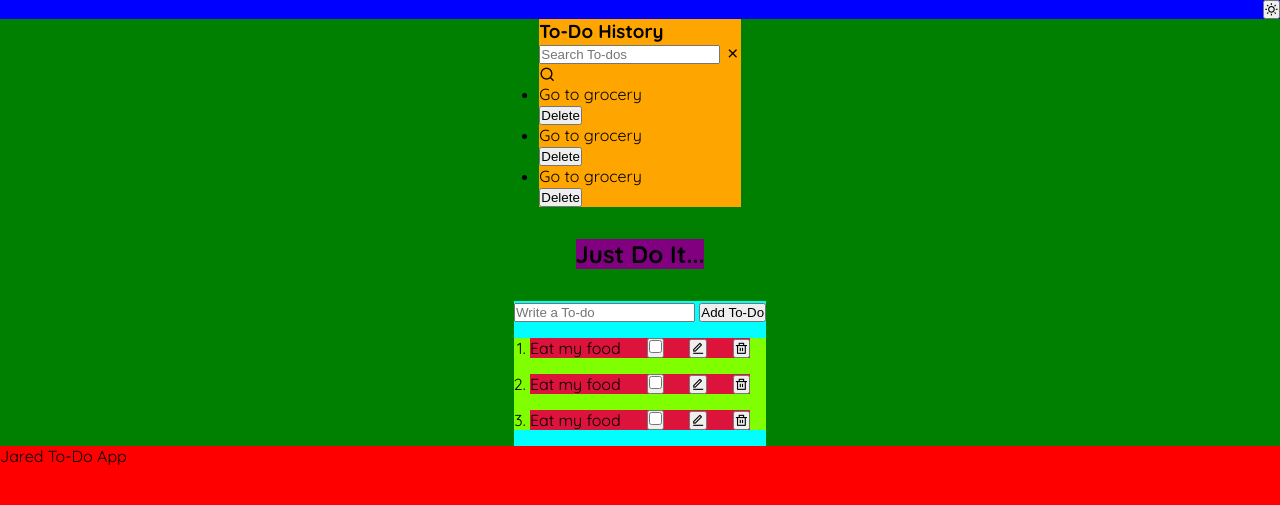
Repository: EguJaredoBoyd/Jared-ToDo-App
Page: main.html
An editor plug-in stored every save of this project. The page is shown before and after the next save, followed by the edit.
The browser window is 1280 px wide. The pictures show the whole page.
Some web libraries are served in a nearby version.

Above is the page before, as saved 2025-12-23 17:08:17.
Not found: js/to-do.j

### main.html
<!DOCTYPE html>
<html lang="en">
  <head>
    <meta charset="UTF-8" />
    <meta name="viewport" content="width=device-width, initial-scale=1.0" />
    <title>Document</title>
    <link
      href="https://cdn.jsdelivr.net/npm/remixicon@4.7.0/fonts/remixicon.css"
      rel="stylesheet"
    />
    <link rel="preconnect" href="https://fonts.googleapis.com" />
    <link rel="preconnect" href="https://fonts.gstatic.com" crossorigin />
    <link
      href="https://fonts.googleapis.com/css2?family=Quicksand:wght@300..700&display=swap"
      rel="stylesheet"
    />
    <link rel="stylesheet" href="./css/main.css" />
    <script src="./js/to-do.j" defer></script>
  </head>

  <body>
    <div class="body__todo-wrapper">
      <header>
        <button><i class="ri-sun-line"></i></button>
      </header>

      <main>
        <section class="todo-history">
          <div>
            <h3>To-Do History</h3>
          </div>
          <div>
            <div>
              <input type="text" placeholder="Search To-dos " />
              <i class="ri-close-line"></i>
            </div>
            <i class="ri-search-line"></i>
          </div>
          <div>
            <ul>
              <div>
                <li>Go to grocery</li>
                <button>Delete</button>
              </div>
              <div>
                <li>Go to grocery</li>
                <button>Delete</button>
              </div>
              <div>
                <li>Go to grocery</li>
                <button>Delete</button>
              </div>
            </ul>
          </div>
        </section>

        <section class="todo-title">
          <div>
            <h2>Just Do It...</h2>
          </div>
        </section>

        <section class="todo-add-task">
          <div class="To-Do">
            <input type="text" id="to-do" placeholder="Write a To-do" />
            <button id="add-task">Add To-Do</button>

            <ol id="task-show" class="task-list">
              <div class="ol__list">
                <li>Eat my food</li>
                <button>
                  <input type="checkbox" name="checkbox" id="checkbox" />
                </button>
                <button><i class="ri-edit-line"></i></button>
                <button><i class="ri-delete-bin-line"></i></button>
              </div>
              <div class="ol__list">
                <li>Eat my food</li>
                <button>
                  <input type="checkbox" name="checkbox" id="checkbox" />
                </button>
                <button><i class="ri-edit-line"></i></button>
                <button><i class="ri-delete-bin-line"></i></button>
              </div>
              <div class="ol__list">
                <li>Eat my food</li>
                <button>
                  <input type="checkbox" name="checkbox" id="checkbox" />
                </button>
                <button><i class="ri-edit-line"></i></button>
                <button><i class="ri-delete-bin-line"></i></button>
              </div>
            </ol>
          </div>
        </section>
      </main>

      <footer>
        <div>Jared To-Do App</div>
      </footer>
    </div>
  </body>
</html>

### css/main.css
*,
*::before,
*::after {
  box-sizing: border-box;
  margin: 0;
  padding: 0;
}

:root {
  /* My project colours to use */
  --primary-color: #21295c;
  --secondary-color: #ffffff;

  /* My font size to use */
  --font-base: 16px;

  /* My spaces to use */
}

html {
  font-size: var(--font-base);
}

body {
  font-family: "Quicksand", sans-serif;
  background-color: red;
  max-width: 100vw;
  max-height: 100vh;
}

.body__todo-wrapper header {
  display: flex;
  justify-content: end;
  align-items: center;
  background-color: blue;
}

main {
  display: flex;
  flex-direction: column;
  justify-content: center;
  align-items: center;
  background-color: green;
  gap: 2rem;
  width: 100vw;
}

.todo-history {
  max-width: 100vw;
  background-color: orange;
}

.todo-title {
  background-color: purple;
}

.todo-add-task {
  background-color: aqua;
  max-width: 100vw;
}

.task-list {
  background-color: chartreuse;
}

.ol__list {
  display: flex;
  justify-content: space-between;
  align-items: center;
  margin: 1rem;
  background-color: crimson;
}

After the next save:
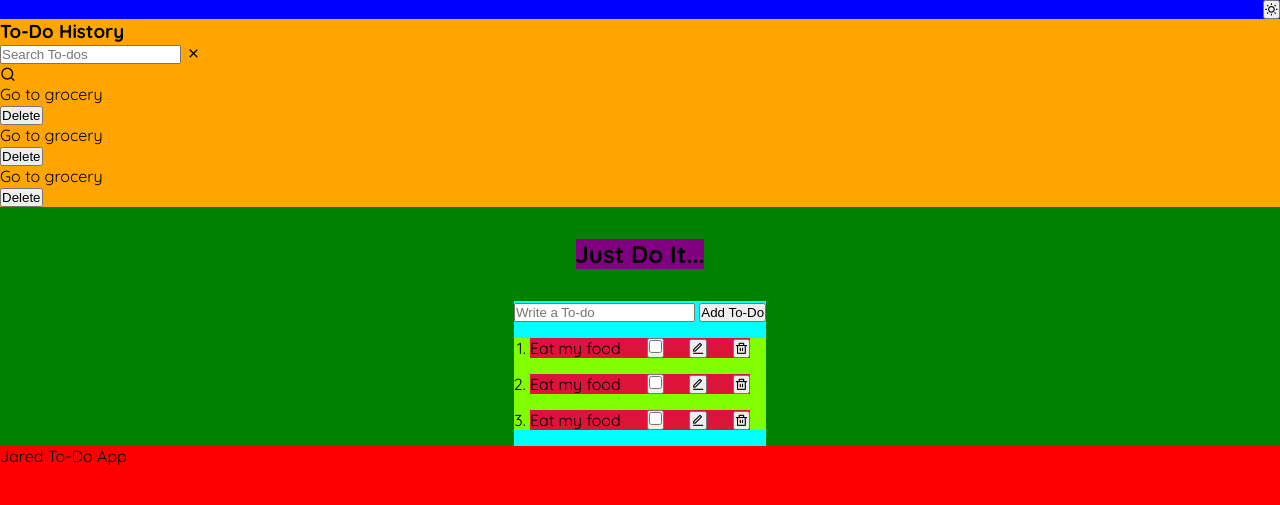
Saved 17 s later.
--- a/css/main.css
+++ b/css/main.css
@@ -46,7 +46,7 @@
 }
 
 .todo-history {
-  max-width: 100vw;
+  width: 100vw;
   background-color: orange;
 }
 

After the save that followed:
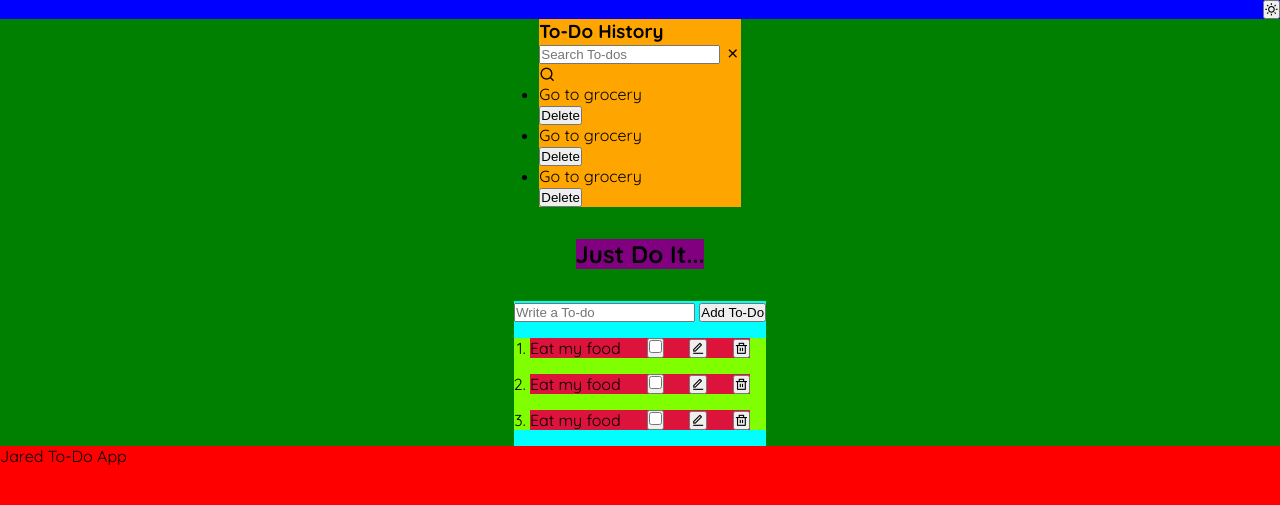
Saved 20 s later.
--- a/css/main.css
+++ b/css/main.css
@@ -43,10 +43,10 @@
   background-color: green;
   gap: 2rem;
   width: 100vw;
+  max-width: 100vw;
 }
 
 .todo-history {
-  width: 100vw;
   background-color: orange;
 }
 
